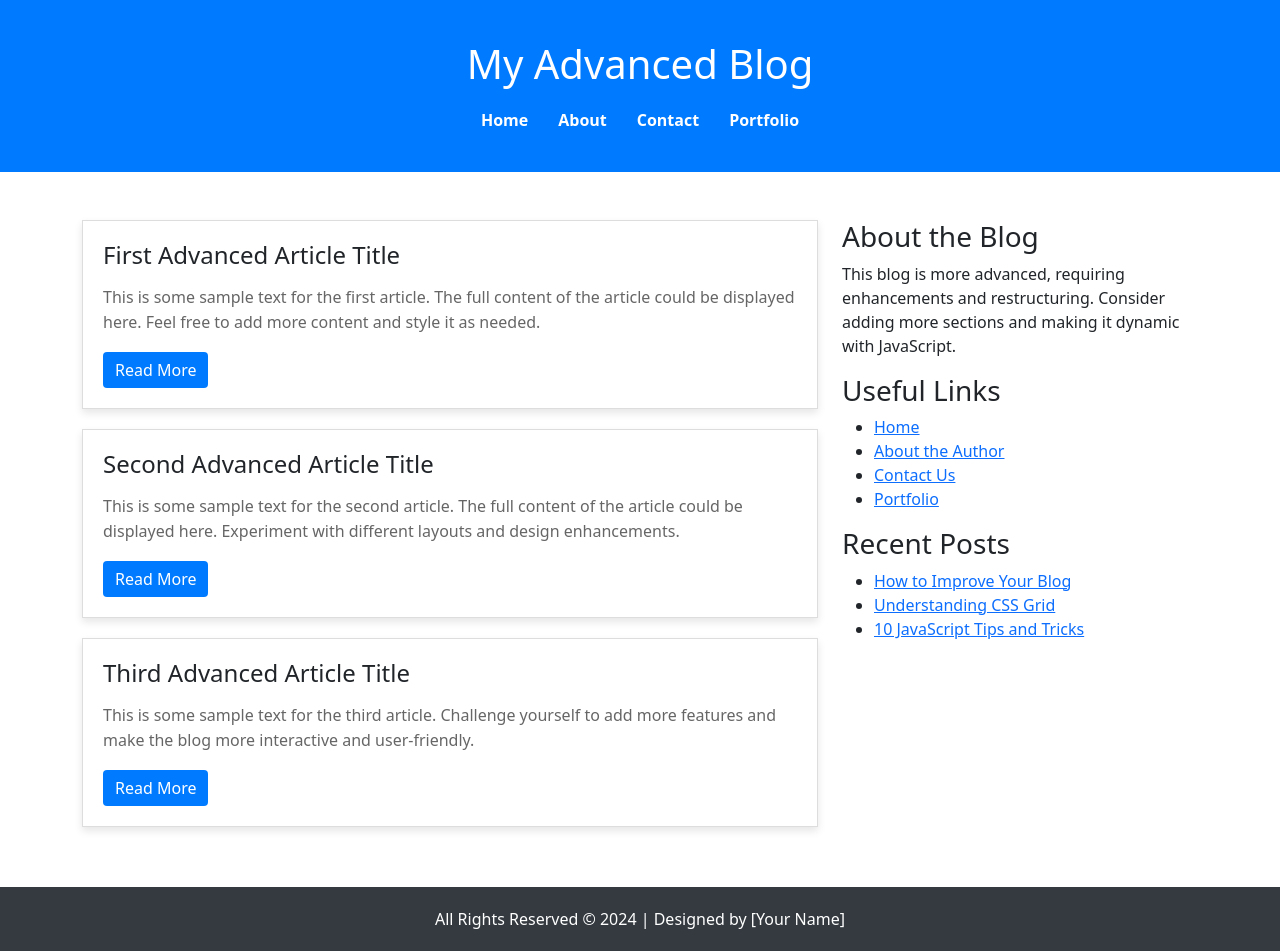
Repository: zeinawady/Blog-Code-Refactoring
Page: index.html
These files come from the project's save history. The page is drawn as it stood at one moment and after the next save; the edit follows.
The browser window is 1280 px wide. The pictures show the whole page.

Above is the page before, as saved 2024-09-23 13:51:34.

After the next save:
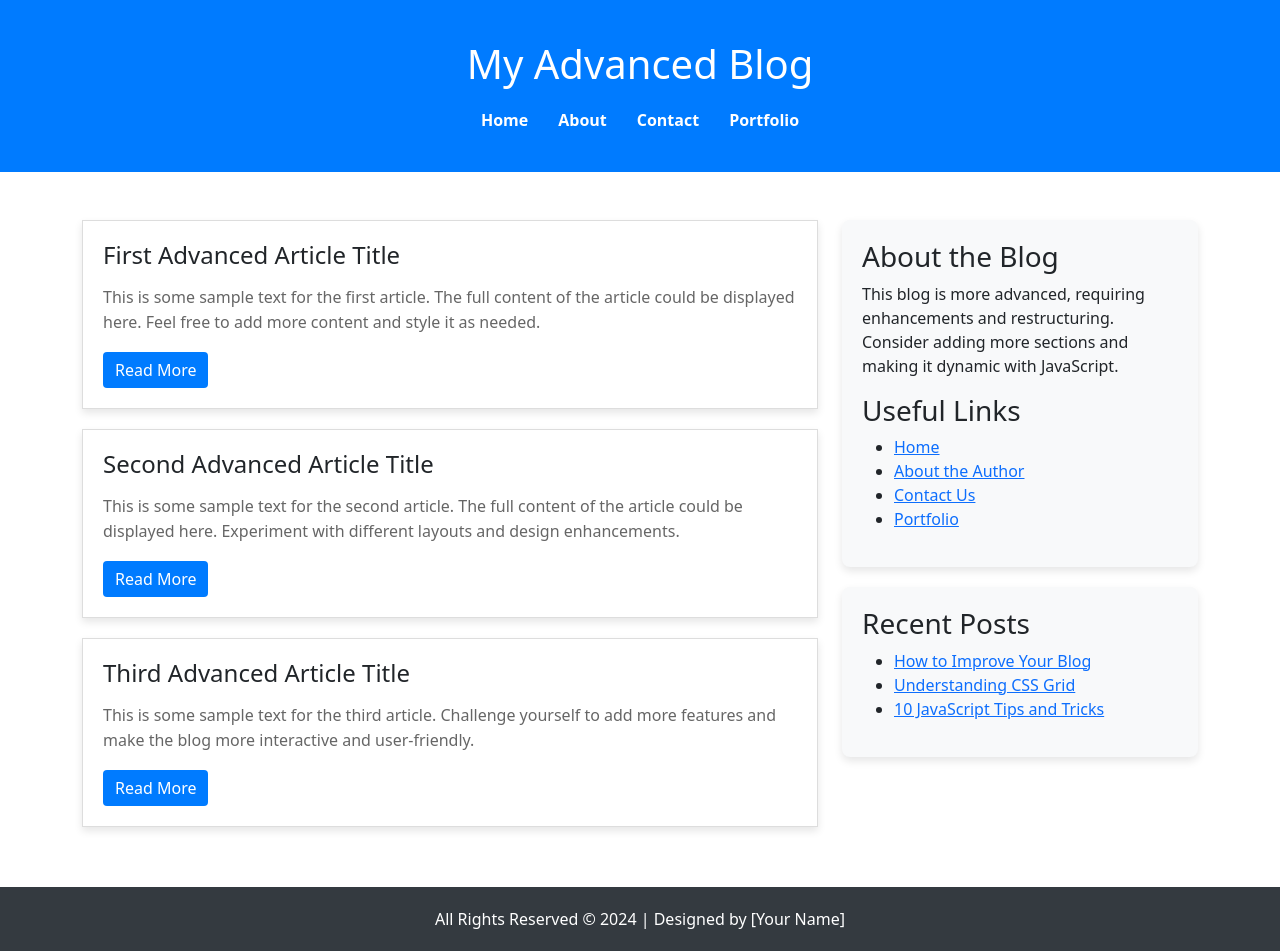
Saved 9 s later.
--- a/style.css
+++ b/style.css
@@ -60,7 +60,7 @@ body {
   article .btn-primary:hover {
     background-color: #0056b3;
   }
-  .sidebar {
+  aside {
     background-color: #f8f9fa;
     padding: 20px;
     border-radius: 8px;
